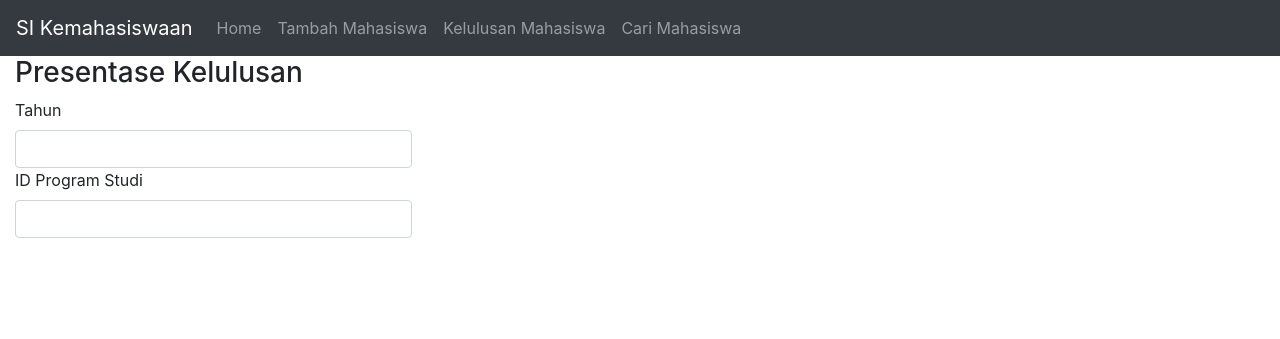
Repository: apap-ekstensi-2018/tugas1_1706106803
Page: http://localhost/kelulusan
The author's editor kept a copy of each file at every save. The page is drawn from the files as they stood at one save, then again after the next save.
The browser window is 1280 px wide. The pictures show the whole page.
The page is this project's Thymeleaf template; nobody is signed in. The template is opened directly, without the code that normally fills it, so the values that code supplies are empty.

Above is the page before, as saved 2018-04-03 14:55:12.

After the next save:
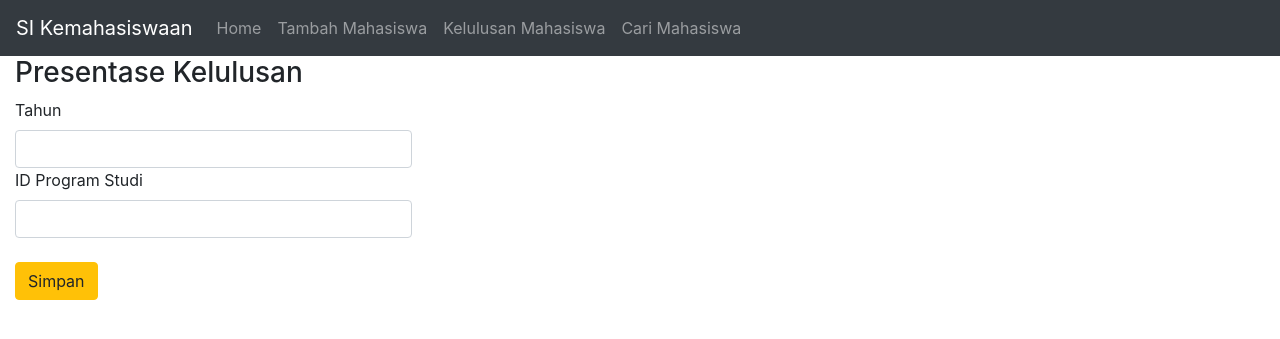
Saved 53 s later.
--- a/tugas1/src/main/resources/templates/kelulusan.html
+++ b/tugas1/src/main/resources/templates/kelulusan.html
@@ -23,6 +23,10 @@
 				<div class="col-4">
 					<input class="form-control"type="text" name="id_prodi"/>
 				</div>
+				<br>
+				<div class="col-4">
+					<button type="submit" class="btn btn-warning">Simpan</button>
+				</div>
 			</div>
 		</form>
 	</body>
